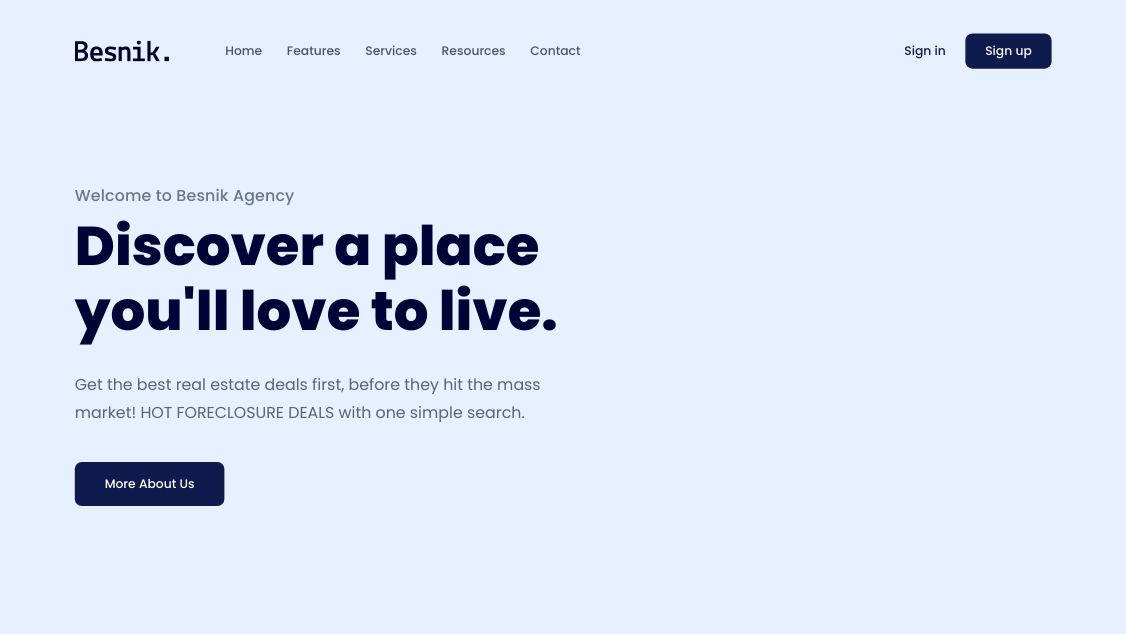
Repository: empty24062002/f8-htmlcss-01
Page: index.html
An editor plug-in stored every save of this project. The page is shown before and after the next save, followed by the edit.
The browser window is 1280 px wide. The pictures show the whole page, at 88% of full size.

Above is the page before, as saved 2023-07-11 14:05:57.

After the next save:
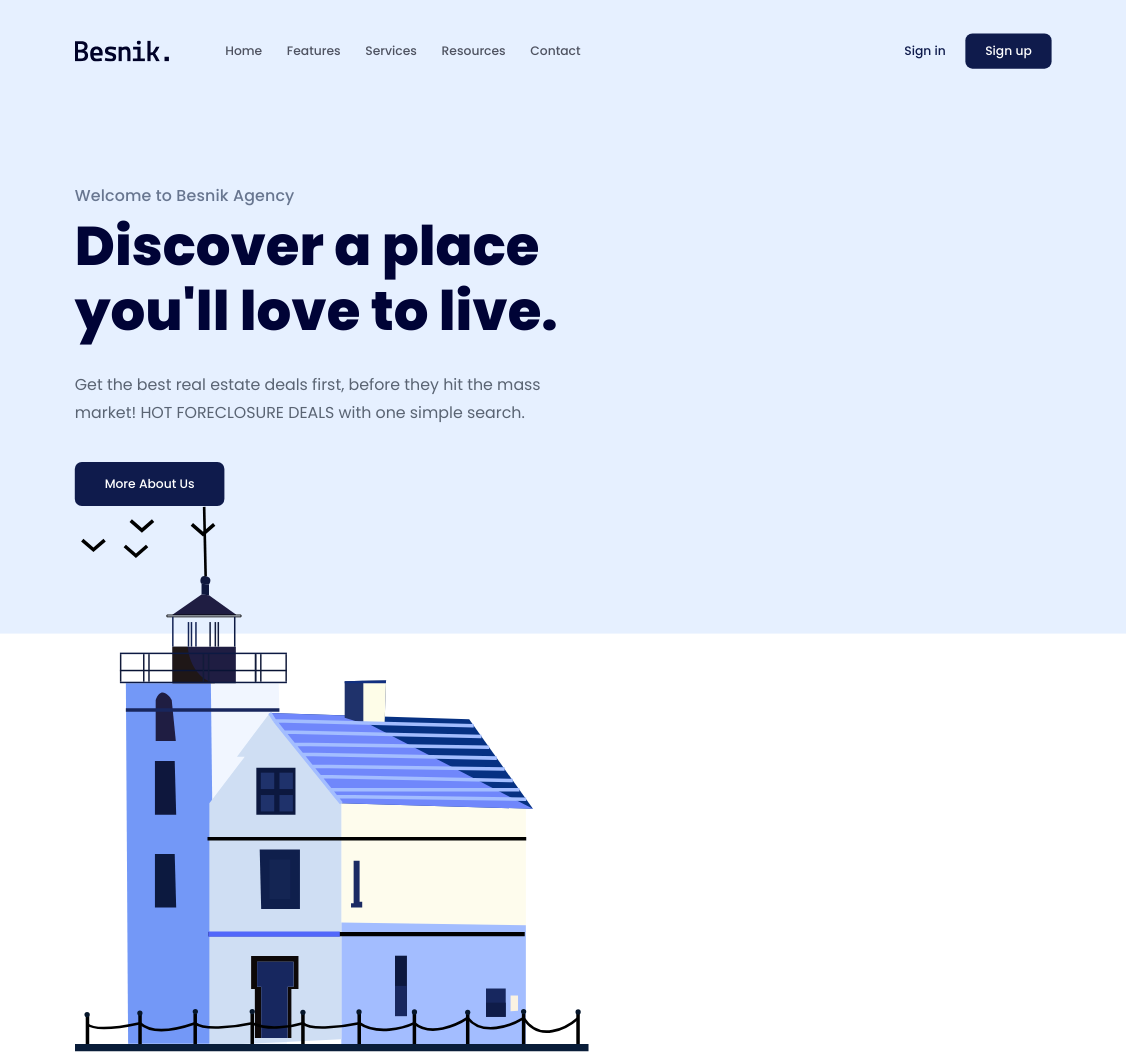
Saved 31 min 18 s later.
--- a/index.html
+++ b/index.html
@@ -45,6 +45,12 @@
                             <!-- cta: call to action -->
                             <a href="#!" class="btn hero-cta">More About Us</a>
                         </div>
+
+                        <img
+                            src="./assets/img/hero-img.svg"
+                            alt="Discover a place you'll love to live."
+                            class="hero-img"
+                        />
                     </div>
                 </div>
             </header>
